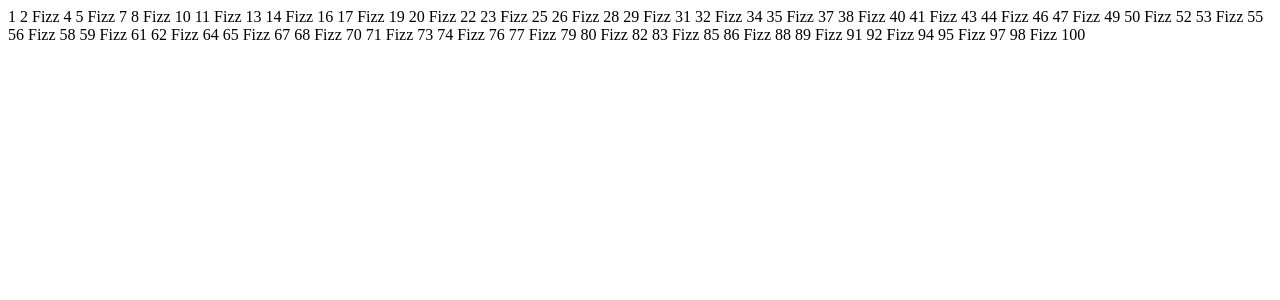
Repository: Miura-Kosuke/sample-repository
Page: http://localhost/FizzBuzz.php
The author's editor kept a record of every edit. The page is drawn from the files as they stood at one moment, then again after the next edit.
The browser window is 1280 px wide. The pictures show the whole page.
The page is run by PHP 8.4 with error messages shown; the project is at /var/www/html/.

Above is the page before.

After the next edit:
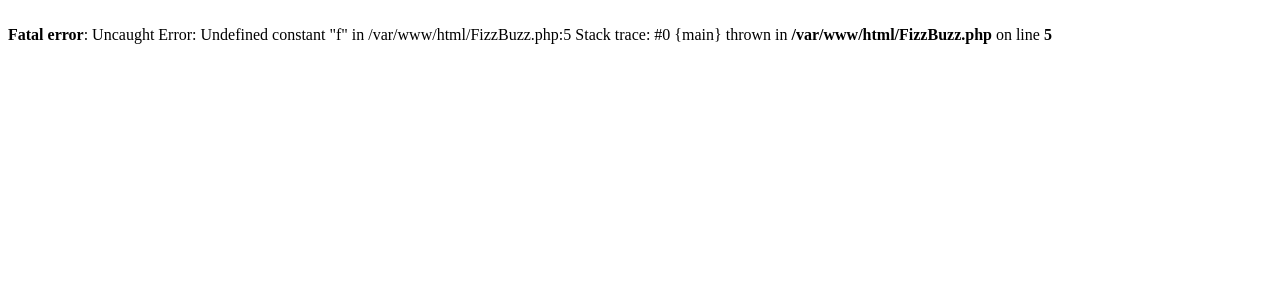
The edit:
--- a/FizzBuzz.php
+++ b/FizzBuzz.php
@@ -2,7 +2,9 @@
    for ($i = 1; $i <= 100 ; $i++) {
        if ($i % 3 == 0) {
            echo "Fizz";
-       } else {
+       } elseif ($i % f === 0) {
+           echo "Buzz";
+
            echo $i;
        }
        echo PHP_EOL;
